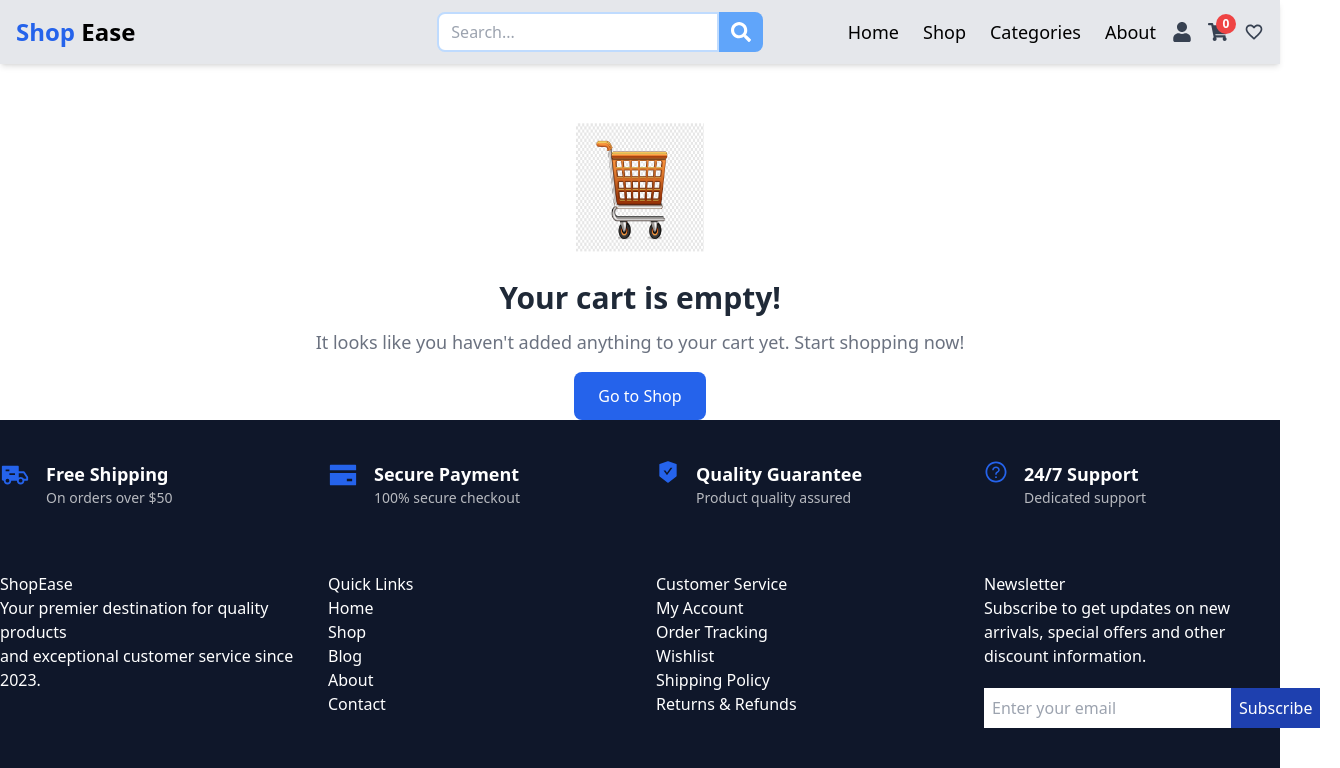
Repository: Muyassar-Mamdoh-Salem/project
Page: /cart
The author's editor kept a copy of each file at every save. The page is drawn from the files as they stood at one save, then again after a run of saves.
The browser window is 1280 px wide. The page is 1320 px wide, then 1340 px, then 1320 px, so the pictures cover 1340 px, including what lies to the right of the window. The pictures show the whole page.
The project was rebuilt for these pictures with package versions that can differ from the ones it lists, and the page was loaded fresh each time. Also part of the build but not shown: vite.config.js, src/pages/Sign.jsx, src/pages/Products.jsx, src/pages/Banner.jsx, src/components/Home.jsx, src/components/Shop.jsx, src/components/About.jsx, src/components/Categories.jsx and 2 more.

Above is the page before, as saved 2025-05-20 22:29:02.

After the next 2 saves:
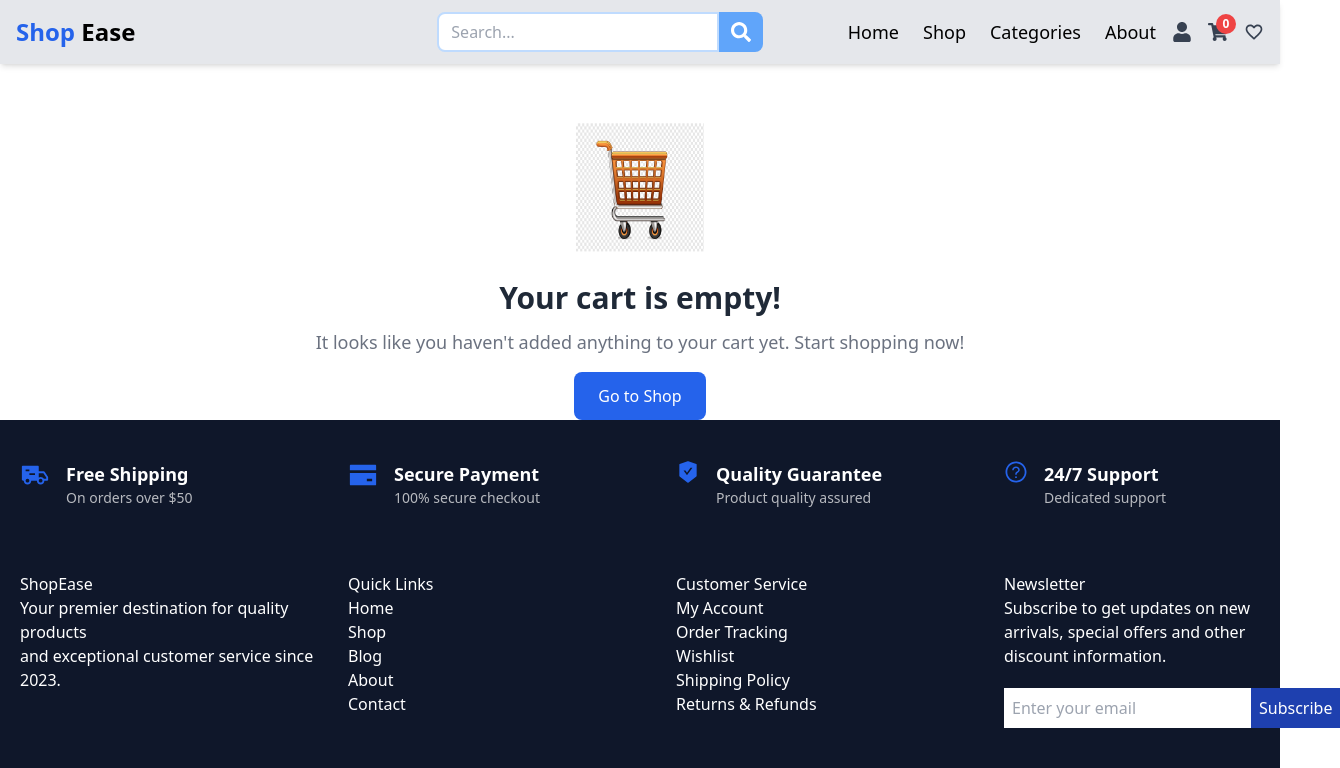
The 2 saves are shown as one change because they came seconds apart.
The last was saved 10 s later.
--- a/src/components/Footer.jsx
+++ b/src/components/Footer.jsx
@@ -32,7 +32,7 @@
 const Footer = () => {
   return (
     <div className='bg-slate-900'>
-      <footer className='text-white grid gap-8 grid-cols-1  sm:grid-cols-2 lg:grid-cols-4 container mx-auto py-10'>
+      <footer className='text-white grid gap-8 grid-cols-1 ml-5 sm:grid-cols-2 lg:grid-cols-4 container mx-auto py-10'>
         {features.map((item, index) => (
           <div key={index}>
             <div className='flex items-start gap-4'>

After the save that followed:
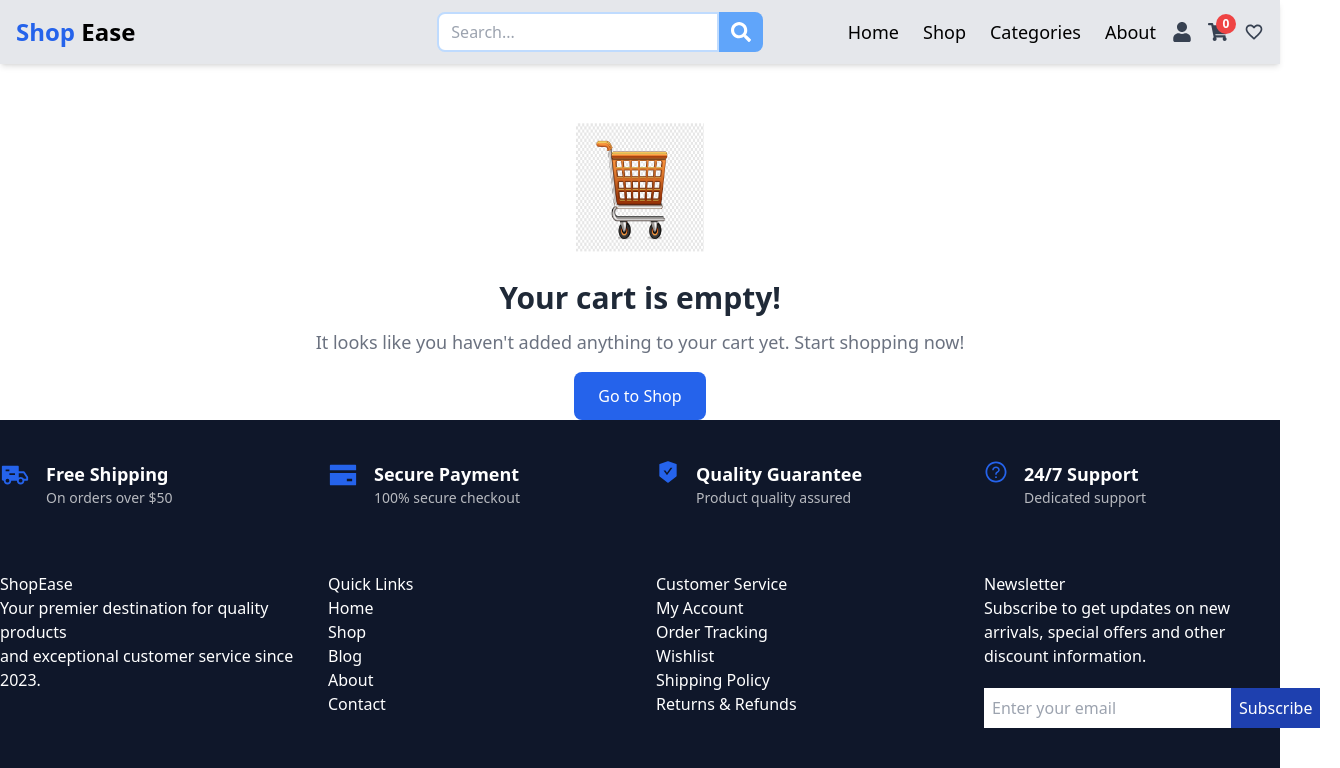
Saved 19 s later.
--- a/src/components/Footer.jsx
+++ b/src/components/Footer.jsx
@@ -32,7 +32,7 @@
 const Footer = () => {
   return (
     <div className='bg-slate-900'>
-      <footer className='text-white grid gap-8 grid-cols-1 ml-5 sm:grid-cols-2 lg:grid-cols-4 container mx-auto py-10'>
+      <footer className='text-white grid gap-8 grid-cols-1  sm:grid-cols-2 lg:grid-cols-4 container mx-auto py-10'>
         {features.map((item, index) => (
           <div key={index}>
             <div className='flex items-start gap-4'>
